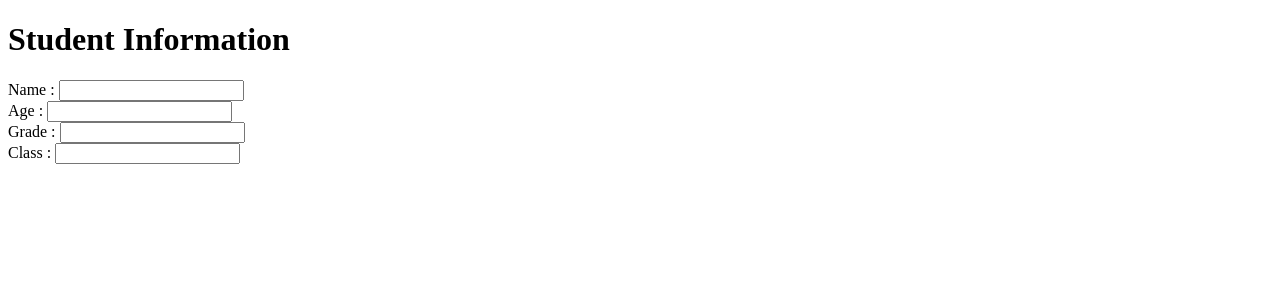
Repository: LMW940423/Spring_2021-01-18
Page: http://localhost/Spring-Quiz1/student/student
The author's editor kept a copy of each file at every save. The page is drawn from the files as they stood at one save, then again after the next save.
The browser window is 1280 px wide. The pictures show the whole page.
The page is served by Tomcat 9.

Above is the page before, as saved 2021-01-18 08:27:42.

After the next save:
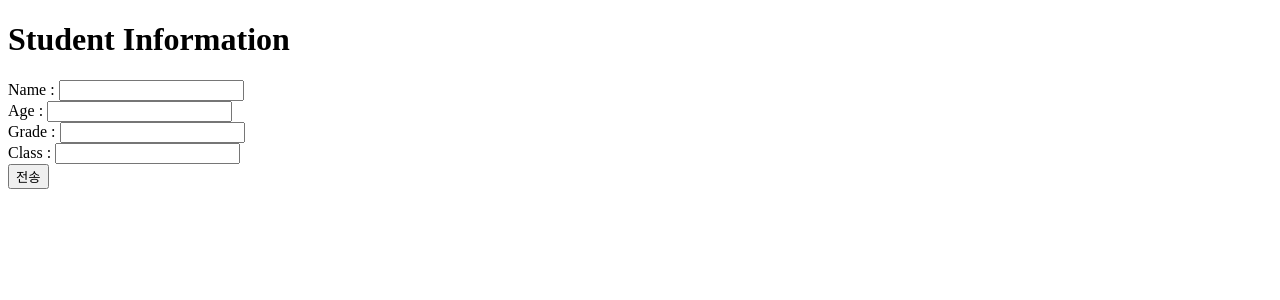
Saved 20 s later.
--- a/Spring/Spring-Quiz1/src/main/webapp/WEB-INF/views/student/student.jsp
+++ b/Spring/Spring-Quiz1/src/main/webapp/WEB-INF/views/student/student.jsp
@@ -12,7 +12,9 @@
 		Name : <input type="text" name="name"> <br>
 		Age : <input type="text" name="age"> <br>
 		Grade : <input type="text" name="grade"> <br>
-		Class : <input type="text" name="class">
+		Class : <input type="text" name="class"> <br>
+		<input type="submit" value="전송">
+
 	</form>
 
 
